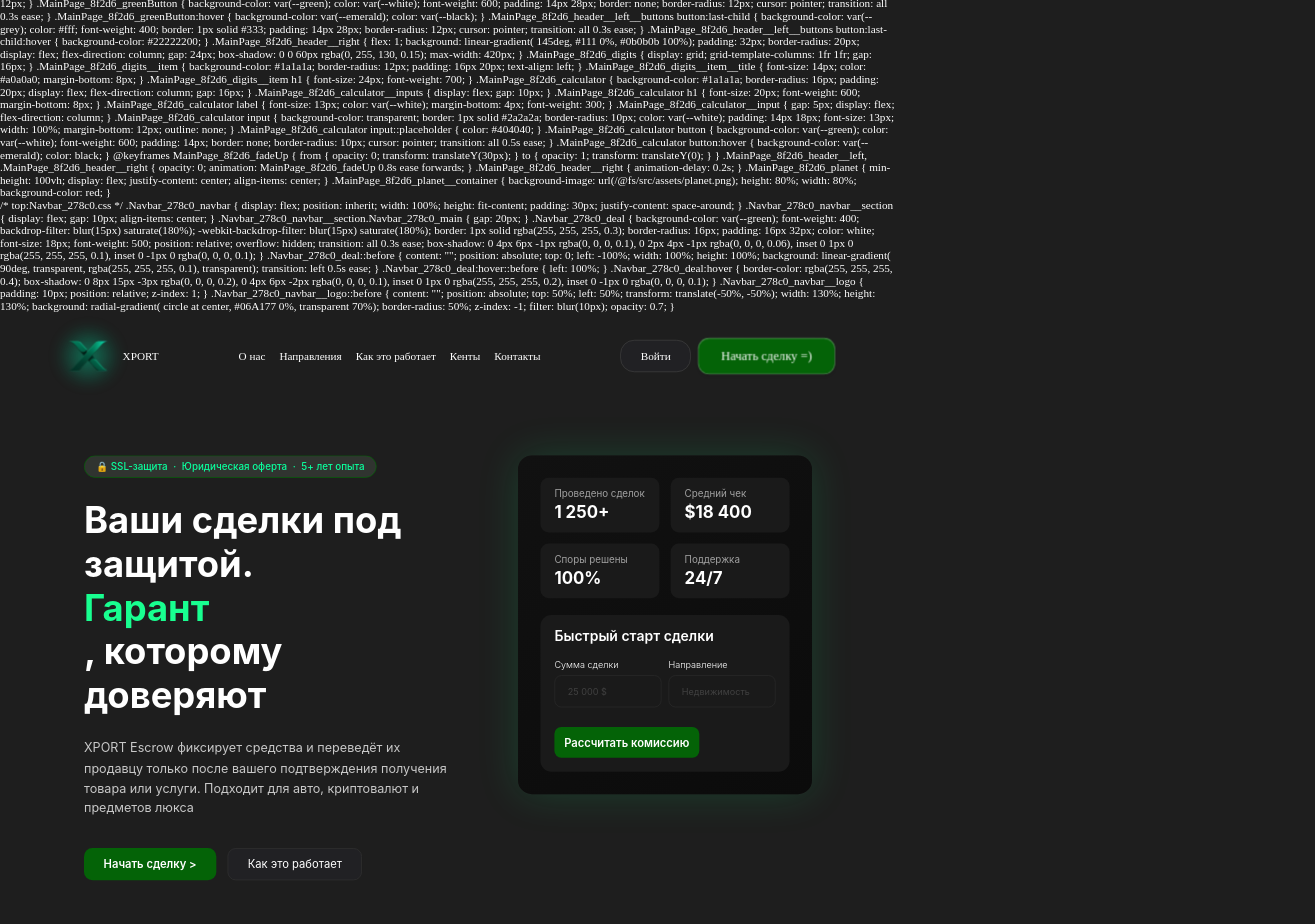
Repository: 1mpuryyyyy/x-port
Page: /x-port/
These files come from the project's save history. The page is drawn as it stood at one moment and after a run of saves; the edit follows.
The browser window is 1280 px wide. The page is 1879 px wide, so the pictures cover 1879 px, including what lies to the right of the window. The pictures show the part of the page from y = 1282 to 2602 px (the page is 3339 px tall before and 3321 px after), at 70% of full size.
The project was rebuilt for these pictures with package versions that can differ from the ones it lists, and the page was loaded fresh each time. Also part of the build but not shown: vite.config.js.

Above is the page before, as saved 2025-10-09 02:47:15.

After the next 2 saves:
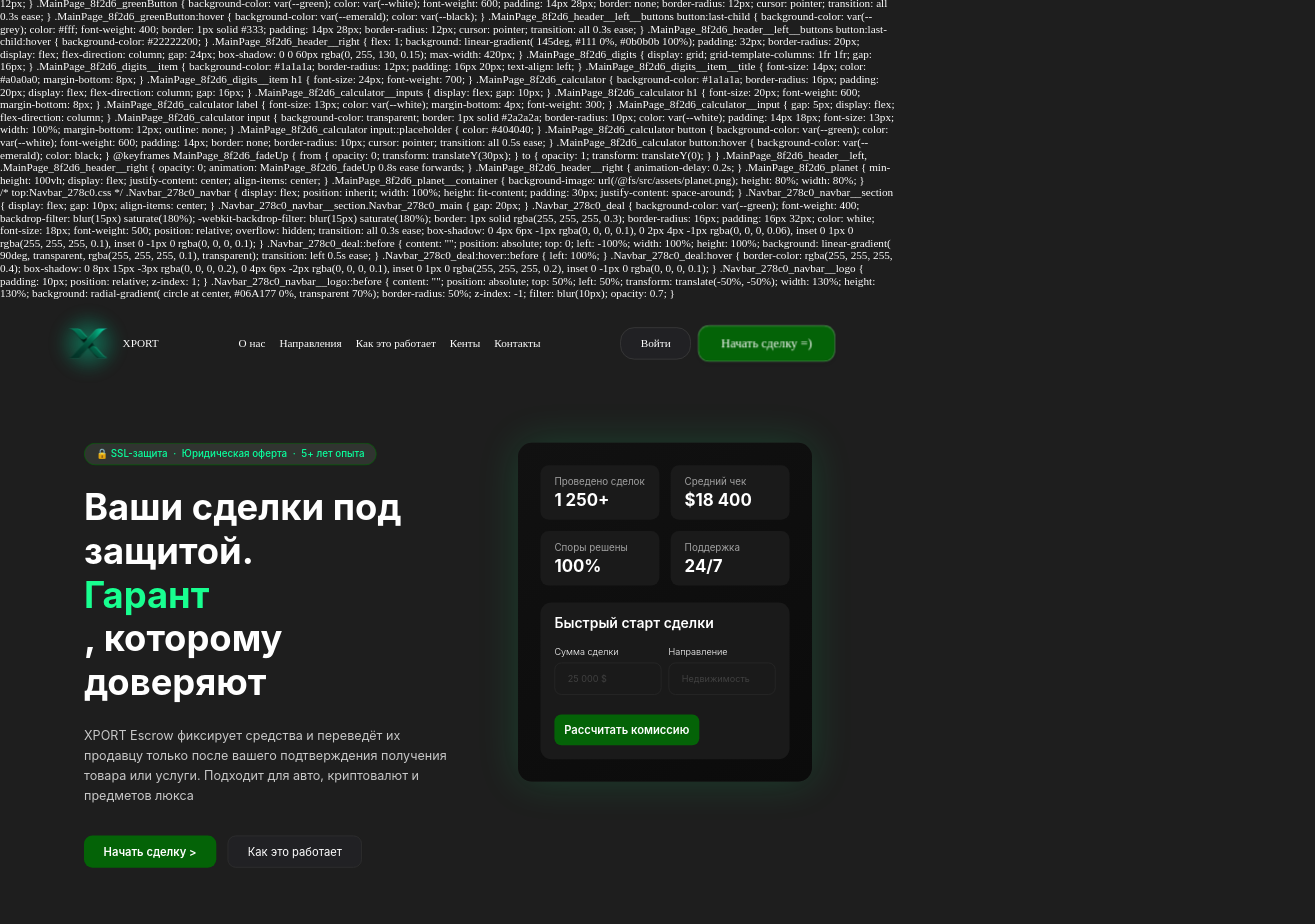
The 2 saves are shown as one change because they came seconds apart.
The last was saved 6 s later.
--- a/src/components/MainPage/MainPage.module.css
+++ b/src/components/MainPage/MainPage.module.css
@@ -238,5 +238,4 @@ section {
     background-image: url('../../assets/planet.png');
     height: 80%;
     width: 80%;
-    background-color: red;
-}
+}
